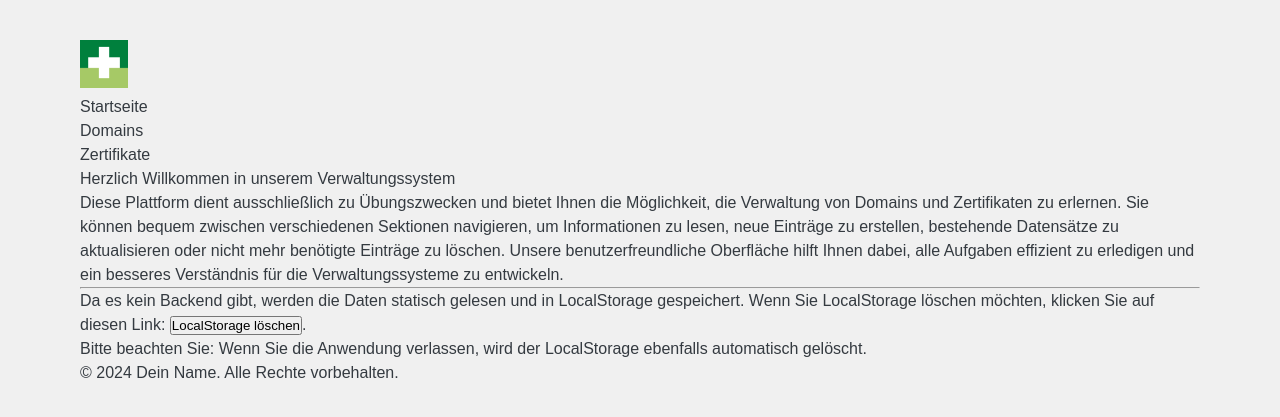
Repository: bajricadmir/verwaltungssystem-vanilla-html-css
Page: index.html
An editor plug-in stored every save of this project. The page is shown before and after the next save, followed by the edit.
The browser window is 1280 px wide. The pictures show the whole page.

Above is the page before, as saved 2024-10-14 10:47:27.

### index.html
<!DOCTYPE html>
<html lang="en">
  <head>
    <meta charset="UTF-8" />
    <meta name="viewport" content="width=device-width, initial-scale=1.0" />
    <link
      rel="shortcut icon"
      href="./assets/images/favicon.ico"
      type="image/x-icon"
    />
    <link rel="stylesheet" href="style.css" />
    <title>Verwaltungssystem</title>
  </head>
  <body>
    <header>
      <nav>
        <img src="./assets/images/favicon.ico" alt="" />
        <ul>
          <li><a href="#home">Startseite</a></li>
          <li><a href="#about">Domains</a></li>
          <li><a href="#contact">Zertifikate</a></li>
        </ul>
      </nav>
    </header>

    <main>
      <section>
        <div class="alert">
          <div class="alert-heading">
            Herzlich Willkommen in unserem Verwaltungssystem
          </div>
          <p>
            Diese Plattform dient ausschließlich zu Übungszwecken und bietet
            Ihnen die Möglichkeit, die Verwaltung von Domains und Zertifikaten
            zu erlernen. Sie können bequem zwischen verschiedenen Sektionen
            navigieren, um Informationen zu lesen, neue Einträge zu erstellen,
            bestehende Datensätze zu aktualisieren oder nicht mehr benötigte
            Einträge zu löschen. Unsere benutzerfreundliche Oberfläche hilft
            Ihnen dabei, alle Aufgaben effizient zu erledigen und ein besseres
            Verständnis für die Verwaltungssysteme zu entwickeln.
          </p>
          <hr />
          <p>
            Da es kein Backend gibt, werden die Daten statisch gelesen und in
            LocalStorage gespeichert. Wenn Sie LocalStorage löschen möchten,
            klicken Sie auf diesen Link:
            <button type="button" class="btn">LocalStorage löschen</button
            >.<br />Bitte beachten Sie: Wenn Sie die Anwendung verlassen, wird
            der LocalStorage ebenfalls automatisch gelöscht.
          </p>
        </div>
      </section>
    </main>

    <footer>
      <p>&copy; 2024 Dein Name. Alle Rechte vorbehalten.</p>
    </footer>
  </body>
</html>

### style.css
:root {
  --primary-color: #007bff;
  --secondary-color: #6c757d;
  --success-color: #28a745;
  --danger-color: #dc3545;
  --warning-color: #ffc107;
  --info-color: #17a2b8;
  --light-color: #f8f9fa;
  --dark-color: #343a40;

  --font-size-base: 16px;
  --font-family-base: "Arial", sans-serif;
  --background-color: #f0f0f0;
}

/* CSS Reset */
* {
  margin: 0;
  padding: 0;
  box-sizing: border-box;
}

html,
body {
  height: 100%;
  font-family: Arial, sans-serif;
  line-height: 1.5;
}

body {
  padding: 40px 80px 0px 80px;
}

ul {
  list-style: none;
}

a {
  text-decoration: none;
  color: inherit;
}

button {
  cursor: pointer;
}

table {
  border-collapse: collapse;
  width: 100%;
}

body {
  background-color: var(--background-color);
  color: var(--dark-color);
}

h1,
h2,
h3,
h4,
h5,
h6 {
  color: var(--primary-color);
}

After the next save:
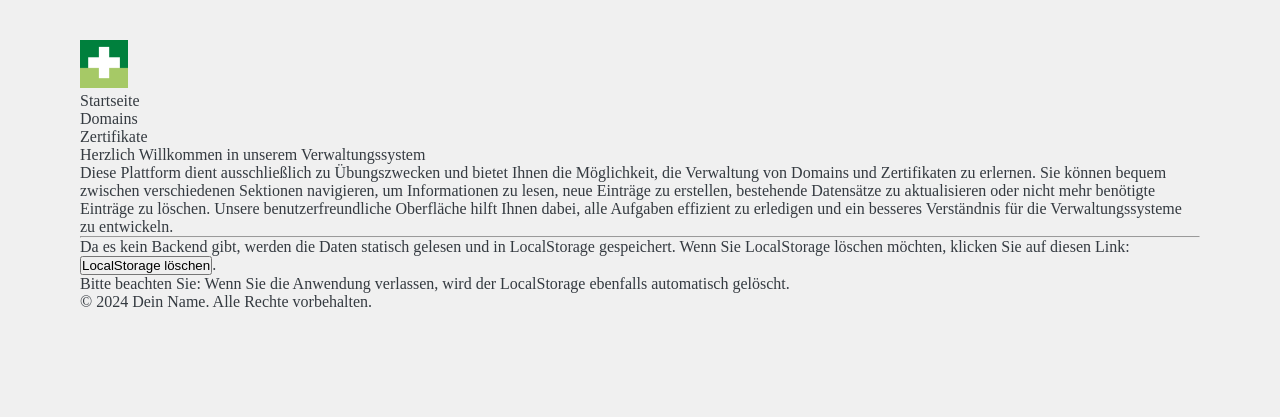
Saved 13 s later.
--- a/style.css
+++ b/style.css
@@ -23,7 +23,7 @@
 html,
 body {
   height: 100%;
-  font-family: Arial, sans-serif;
+  font-family: var(--font-family-base)
   line-height: 1.5;
 }
 

After the save that followed:
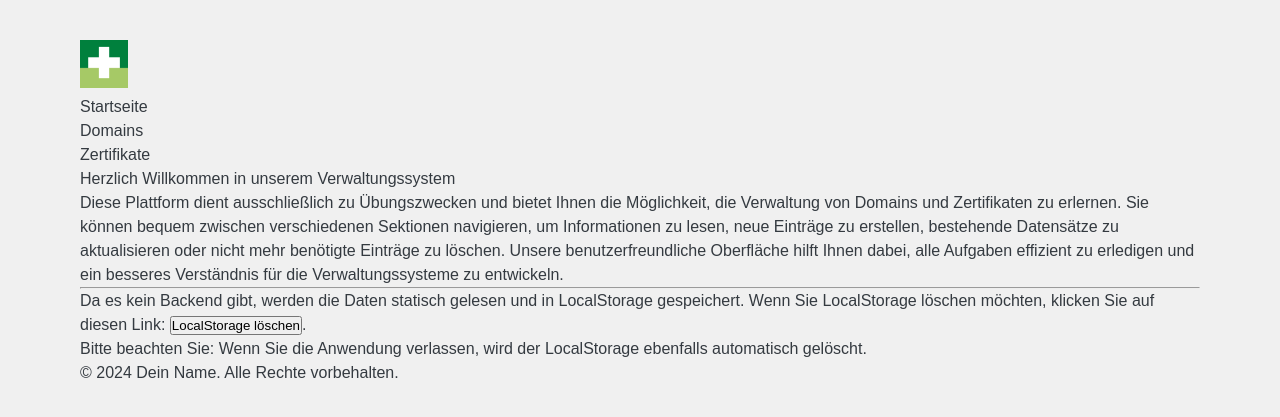
Saved 5 s later.
--- a/style.css
+++ b/style.css
@@ -23,7 +23,7 @@
 html,
 body {
   height: 100%;
-  font-family: var(--font-family-base)
+  font-family: var(--font-family-base);
   line-height: 1.5;
 }
 
